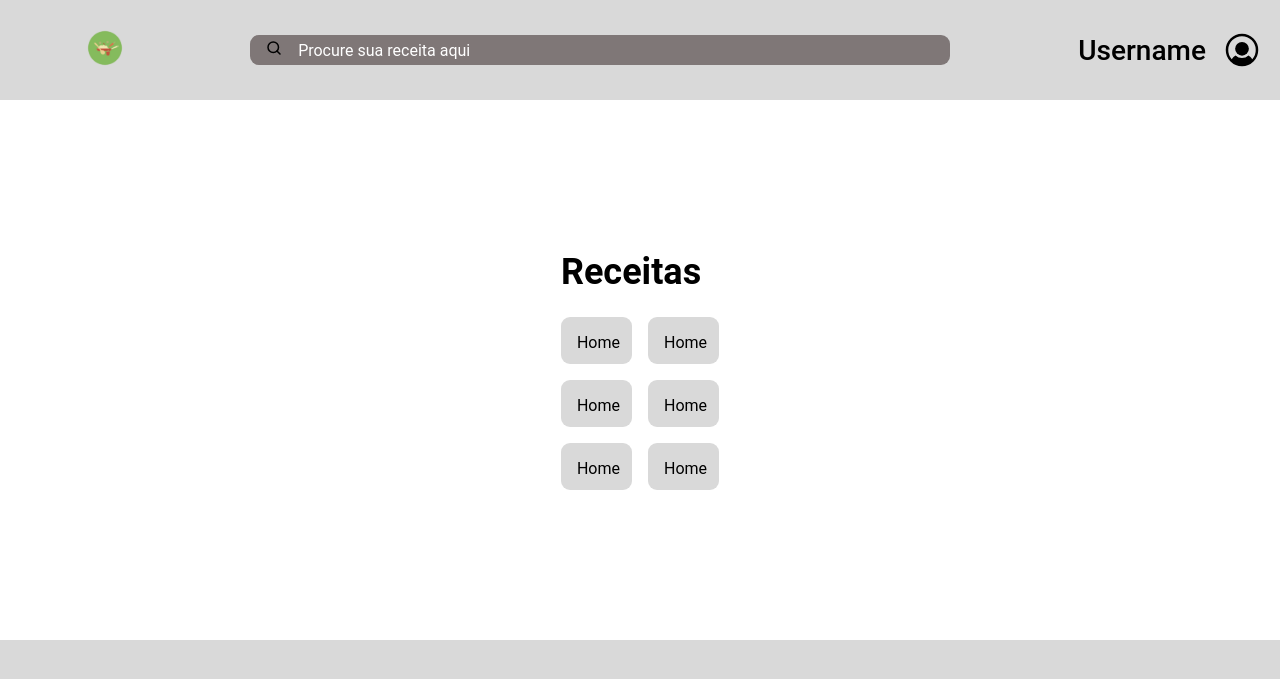
Repository: GabrielEduardoBrambilla/receitas-online
Page: /
The author's editor kept a copy of each file at every save. The page is drawn from the files as they stood at one save, then again after a run of saves.
The browser window is 1280 px wide. The pictures show the whole page.
The project was rebuilt for these pictures with package versions that can differ from the ones it lists, and the page was loaded fresh each time. Also part of the build but not shown: vite.config.js.

Above is the page before, as saved 2024-04-15 19:48:56.

### src/pages/Home/index.jsx
import React from 'react'
import { Container, TitleWrapper, CardWrapper } from './styles'
import { Navbar } from '../../components/Navbar'
import { RecipeCard } from '../../components/RecipeCard'


export function Home() {
  return <Container>
    <Navbar />
    <main>
      <TitleWrapper>
        <h2>Receitas</h2>

      </TitleWrapper>

      <CardWrapper>
        <RecipeCard />
        <RecipeCard />
        <RecipeCard />
        <RecipeCard />
        <RecipeCard />
        <RecipeCard />
      </CardWrapper>
    </main>

    <footer></footer>
  </Container>
}

### src/styles/global.js
import { createGlobalStyle } from 'styled-components'

export const GlobalStyle = createGlobalStyle`
  * {
    margin: 0;
    padding: 0;
    box-sizing: border-box;
  }

  :focus {
    outline: none;
  }

  body {
    -webkit-font-smoothing: antialiased;
  }

  body, input, textarea, button {
    font-family: 'Roboto', sans-serif;
    font-weight: 400;
    font-size: 1rem;
  }
`

### src/pages/Home/styles.js
import styled from 'styled-components'

export const Container = styled.div`
  display: flex;
  justify-content: space-between;
  flex-direction: column;
  min-height: 100vh;

  > main {
    display: flex;
    flex-direction: column;
    gap: 24px;
    justify-content: center;
    align-items: c;
    /* min-height: 80vh; */
    max-width: 1000px;
    margin: auto;
  }

  > footer {
    height: 80px;
    width: 100%;
    background-color: #d9d9d9;
  }
`
export const TitleWrapper = styled.div`
  display: flex;
  gap: 16px;

  font-size: 24px;
  font-weight: bold;

  > button {
    font-size: 16px;
    line-height: 0%;
    font-weight: bold;
    color: white;
    background-color: #85bb5d;
    border-radius: 9px;
    border: none;
    padding: 5px 34px;
  }
`
export const CardWrapper = styled.div`
  display: grid;
  grid-template-columns: 1fr 1fr;
  gap: 16px;
`

### src/components/Navbar/index.jsx
import {
  Container, LogoContainer,
  SearchForm,
  UserWrapper
} from './styles'
import Logo from '../../assets/Logo.svg'
import { UserCircle, MagnifyingGlass, Heart } from 'phosphor-react'

export function Navbar() {
  return (
    <Container>

      <LogoContainer>
        <img src={Logo} alt="" />
      </LogoContainer>


      <SearchForm>
        <label htmlFor="search">
          <MagnifyingGlass size={16} weight="bold" />
        </label>
        <input type="text" id='search' placeholder='Procure sua receita aqui' />
      </SearchForm>


      <UserWrapper>
        <p>Username</p>
        <UserCircle size={40} weight="fill" />

      </UserWrapper>


    </Container>
  )
}

### src/components/RecipeCard/index.js
import React from 'react'
import { Container } from './styles'

export function RecipeCard() {
  return <Container>Home</Container>
}

### src/components/Navbar/styles.js
import styled from 'styled-components'

export const Container = styled.div`
  display: flex;
  flex: 1;
  justify-content: space-between;
  align-items: center;

  background-color: #d9d9d9;
  max-height: 100px;

  padding: 0px 10px 0px 80px;
`
export const LogoContainer = styled.div`
  > img {
    width: 50px;
    height: 50px;
    object-fit: cover;
  }
`
export const SearchForm = styled.form`
  display: flex;
  gap: 16px;
  align-items: center;
  width: 700px;
  height: 30px;
  background-color: #7f7777;
  border-radius: 9px;
  padding: 6px 16px;

  > input {
    background-color: #7f7777;
    border: none;
    color: white;

    &::placeholder {
      color: white;
    }
  }
`
export const UserWrapper = styled.div`
  display: flex;
  gap: 16px;
  align-items: center;
  padding: 8px;
  border-radius: 6px;

  > p {
    font-size: 28px;
    font-weight: 500;
  }
`

### src/components/RecipeCard/styles.js
import styled from 'styled-components'
export const Container = styled.div`
  background-color: #d9d9d9;
  padding: 16px 12px 12px 16px;
  border-radius: 9px;
  width: 100%;
  max-width: 555px;

  > h3 {
    font-size: 22px;
    margin-bottom: 6px;
  }
  > p {
    font-size: 16px;
    font-weight: normal;
  }
`

### src/components/Modal/index.jsx
import React from 'react'
import { Container } from './styles'
import * as Dialog from '@radix-ui/react-dialog';

export function Modal(children) {
  return (
    <Dialog.Root>
      {children}
      <Dialog.Trigger asChild>
        <button>Cadastrar - Receita</button>
      </Dialog.Trigger>
      <Dialog.Portal>
        <Dialog.Overlay />
        <Dialog.Content>
          <Dialog.Title />
          <Dialog.Description />
          <Dialog.Close />
        </Dialog.Content>
      </Dialog.Portal>
    </Dialog.Root>
  )
}

Modal.Button = Dialog.Trigger

### src/components/Modal/styles.js
import styled from 'styled-components'
export const Container = styled.div``

Loaded but not shown: index.html (common file); src/main.jsx (common file); src/App.jsx (common file)

After the next 2 saves:
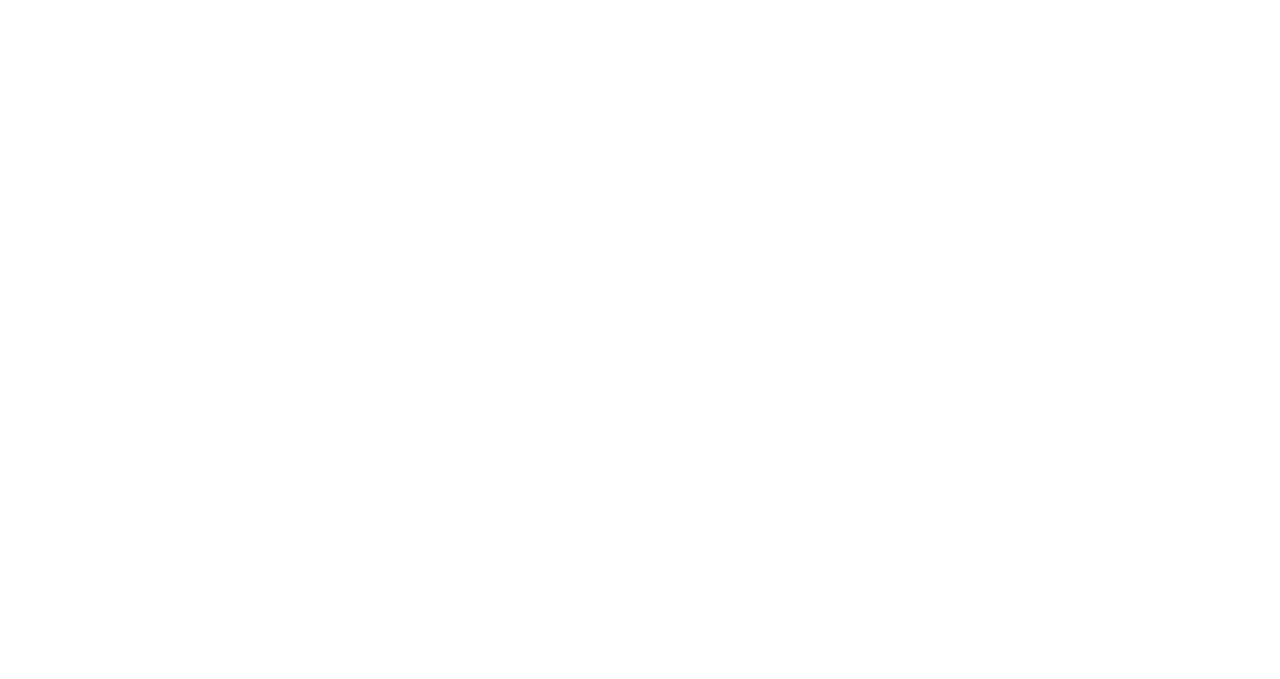
Console error (its wording comes from the project's code and is left out).
The 2 saves are shown as one change because they came seconds apart.
The last was saved 40 s later.
--- a/src/pages/Home/index.jsx
+++ b/src/pages/Home/index.jsx
@@ -2,6 +2,7 @@
 import { Container, TitleWrapper, CardWrapper } from './styles'
 import { Navbar } from '../../components/Navbar'
 import { RecipeCard } from '../../components/RecipeCard'
+import { Modal } from '../../components/Modal'
 
 
 export function Home() {
@@ -10,7 +11,9 @@
     <main>
       <TitleWrapper>
         <h2>Receitas</h2>
+        <Modal>
 
+        </Modal>
       </TitleWrapper>
 
       <CardWrapper>

After the save that followed:
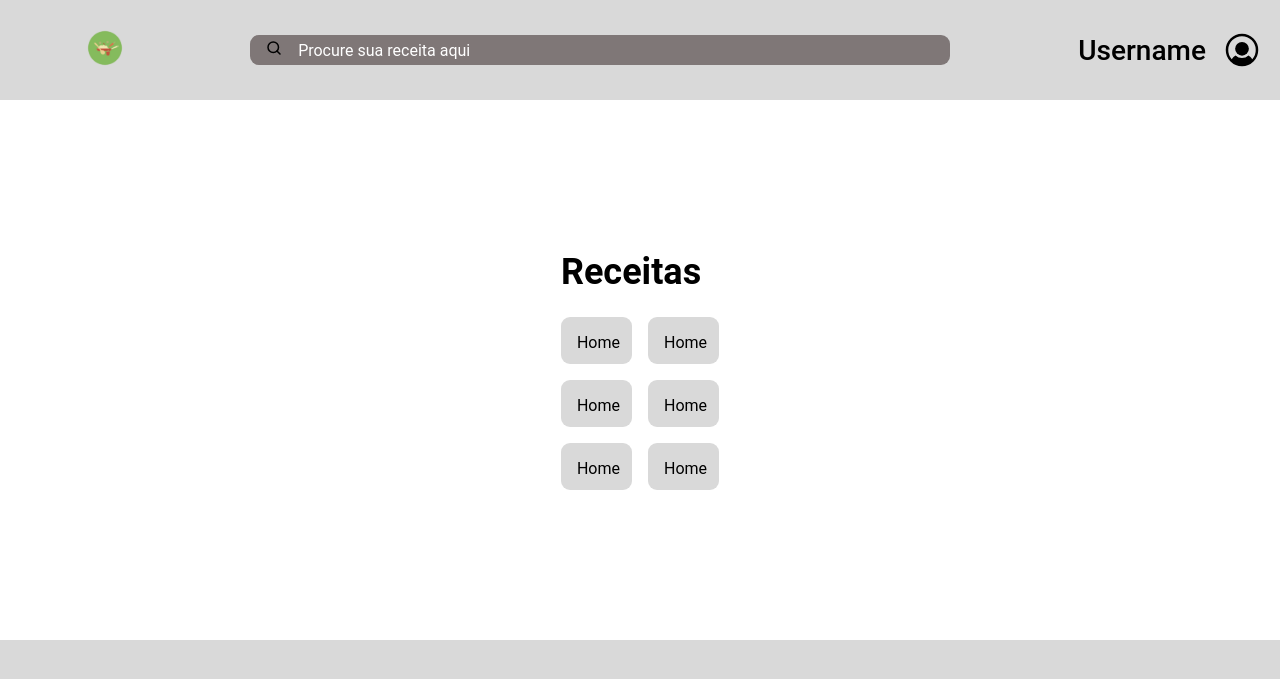
The error is gone.
Saved 25 s later.
--- a/src/pages/Home/index.jsx
+++ b/src/pages/Home/index.jsx
@@ -11,9 +11,6 @@
     <main>
       <TitleWrapper>
         <h2>Receitas</h2>
-        <Modal>
-
-        </Modal>
       </TitleWrapper>
 
       <CardWrapper>
